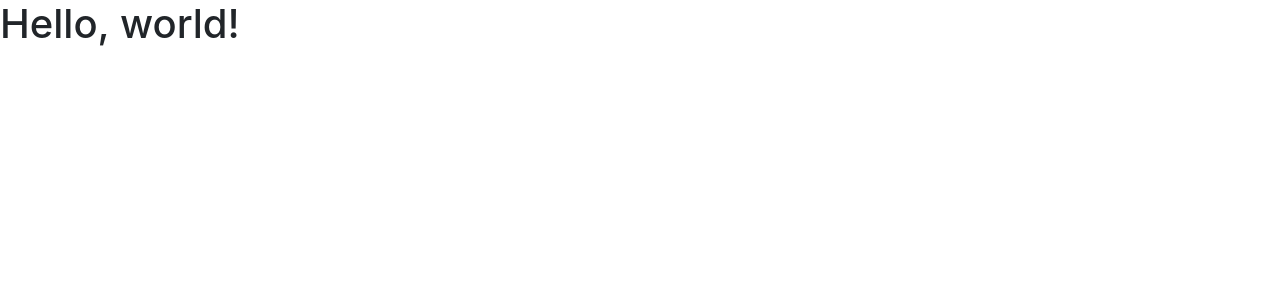
Repository: songeunleee/TodoApp
Page: index.html
The author's editor kept a copy of each file at every save. The page is drawn from the files as they stood at one save, then again after the next save.
The browser window is 1280 px wide. The pictures show the whole page.

Above is the page before, as saved 2023-04-14 01:18:56.

### index.html
<!doctype html>
<html">
  <head>
    <!-- Required meta tags -->
    <meta charset="utf-8">
    <meta name="viewport" content="width=device-width, initial-scale=1, shrink-to-fit=no">

    <!-- Bootstrap CSS -->
    <link rel="stylesheet" href="https://cdn.jsdelivr.net/npm/bootstrap@4.6.2/dist/css/bootstrap.min.css" integrity="sha384-xOolHFLEh07PJGoPkLv1IbcEPTNtaed2xpHsD9ESMhqIYd0nLMwNLD69Npy4HI+N" crossorigin="anonymous">

    <title>Hello, world!</title>
  </head>
  <body>
    <h1>Hello, world!</h1>

    <!-- Optional JavaScript; choose one of the two! -->

    <!-- Option 1: jQuery and Bootstrap Bundle (includes Popper) -->
    <script src="https://cdn.jsdelivr.net/npm/jquery@3.5.1/dist/jquery.slim.min.js" integrity="sha384-DfXdz2htPH0lsSSs5nCTpuj/zy4C+OGpamoFVy38MVBnE+IbbVYUew+OrCXaRkfj" crossorigin="anonymous"></script>
    <script src="https://cdn.jsdelivr.net/npm/bootstrap@4.6.2/dist/js/bootstrap.bundle.min.js" integrity="sha384-Fy6S3B9q64WdZWQUiU+q4/2Lc9npb8tCaSX9FK7E8HnRr0Jz8D6OP9dO5Vg3Q9ct" crossorigin="anonymous"></script>

    <!-- Option 2: Separate Popper and Bootstrap JS -->
    <!--
    <script src="https://cdn.jsdelivr.net/npm/jquery@3.5.1/dist/jquery.slim.min.js" integrity="sha384-DfXdz2htPH0lsSSs5nCTpuj/zy4C+OGpamoFVy38MVBnE+IbbVYUew+OrCXaRkfj" crossorigin="anonymous"></script>
    <script src="https://cdn.jsdelivr.net/npm/popper.js@1.16.1/dist/umd/popper.min.js" integrity="sha384-9/reFTGAW83EW2RDu2S0VKaIzap3H66lZH81PoYlFhbGU+6BZp6G7niu735Sk7lN" crossorigin="anonymous"></script>
    <script src="https://cdn.jsdelivr.net/npm/bootstrap@4.6.2/dist/js/bootstrap.min.js" integrity="sha384-+sLIOodYLS7CIrQpBjl+C7nPvqq+FbNUBDunl/OZv93DB7Ln/533i8e/mZXLi/P+" crossorigin="anonymous"></script>
    -->
  </body>
</html>

After the next save:
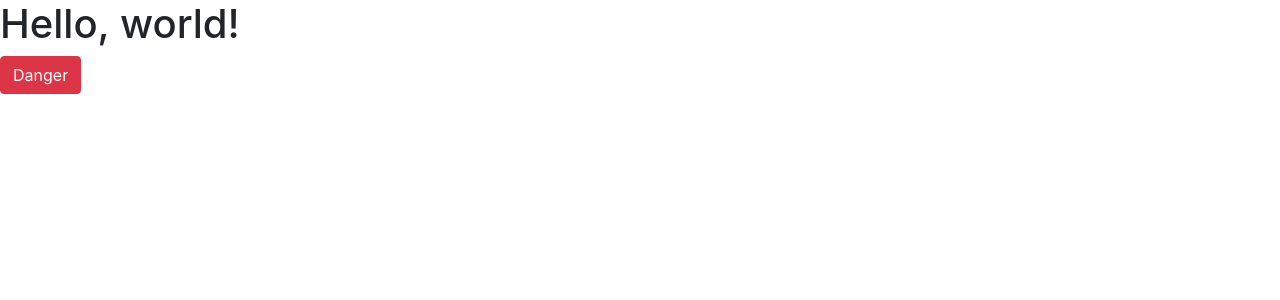
Saved 29 s later.
--- a/index.html
+++ b/index.html
@@ -12,7 +12,7 @@
   </head>
   <body>
     <h1>Hello, world!</h1>
-
+    <button type="button" class="btn btn-danger">Danger</button>
     <!-- Optional JavaScript; choose one of the two! -->
 
     <!-- Option 1: jQuery and Bootstrap Bundle (includes Popper) -->
